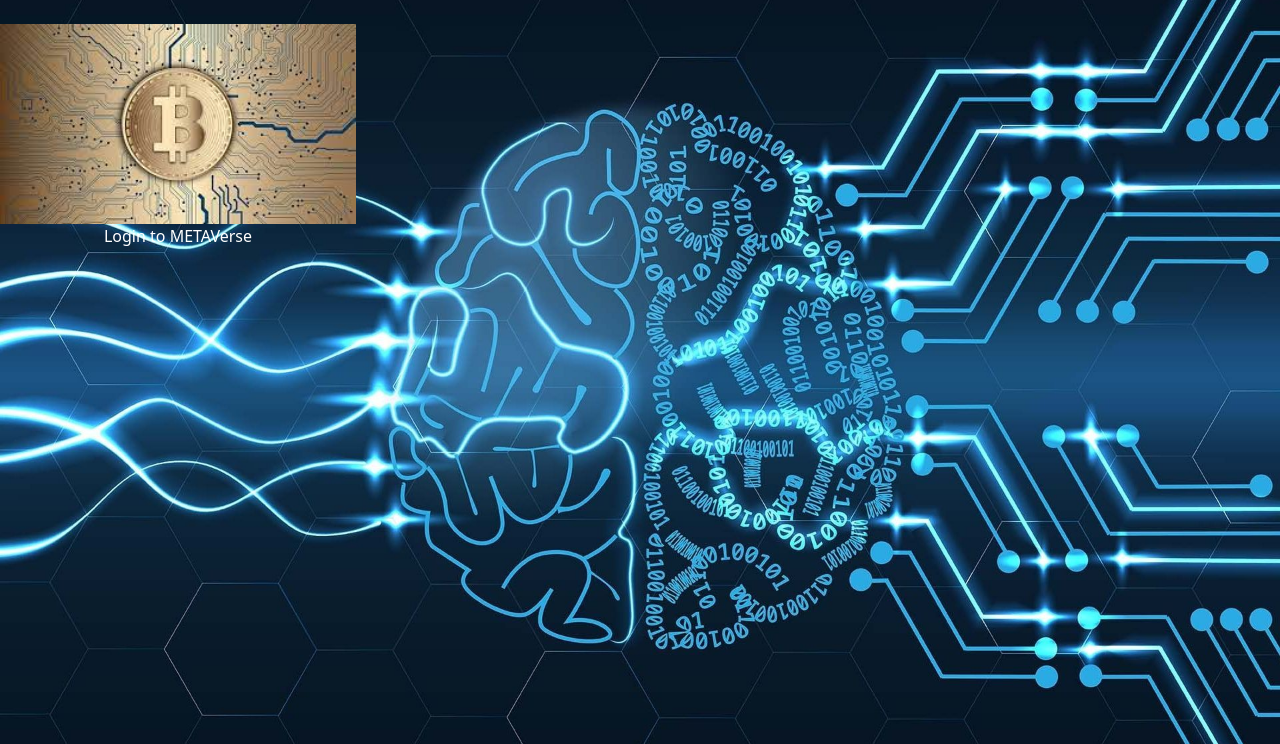
Repository: exiled-kal/messagAPPTOkenized
Page: /
These files come from the project's save history. The page is drawn as it stood at one moment and after a run of saves; the edit follows.
The browser window is 1280 px wide. The pictures show the whole page.
The project was rebuilt for these pictures with package versions that can differ from the ones it lists, and the page was loaded fresh each time. The framework's server and built-in components were replaced by stand-ins that run in the browser. Also part of the build but not shown: next.config.js.

Above is the page before, as saved 2021-12-17 21:57:35.

### pages/index.js
import Head from "next/head";
import Login from "../components/Login";

export default function Home() {
  const isAuthenticated = false;

  if (!isAuthenticated) return <Login />;

  return (
    <div className="h-screen">
      <Head>
        <title>MetaMessage App</title>
        <link rel="icon" href="/favicon.ico" />
      </Head>

      <h1>Welcome to the App</h1>
    </div>
  );
}

### components/Login.js
import Image from "next/image";
import token from "../images/token.png";
import crypto from "../images/Crypto.png";

function Login() {
  return (
    <div className="bg-black relative text-white">
      <h1>I am the login screen</h1>
      <div className="flex flex-col absolute z-50 h-4/6 items-cebnter justify">
        <Image src={crypto} alt="" height={200} weight={200} />
        <button>Login to METAVerse</button>
      </div>
      <div className="w-ful h-screen">
        <Image src={token} alt="" layout="fill" objectFit="cover" />
      </div>
    </div>
  );
}

export default Login;

Loaded but not shown: pages/_app.js (common file); styles/globals.css (common file); tailwind.config.js (common file)

After the next 3 saves:
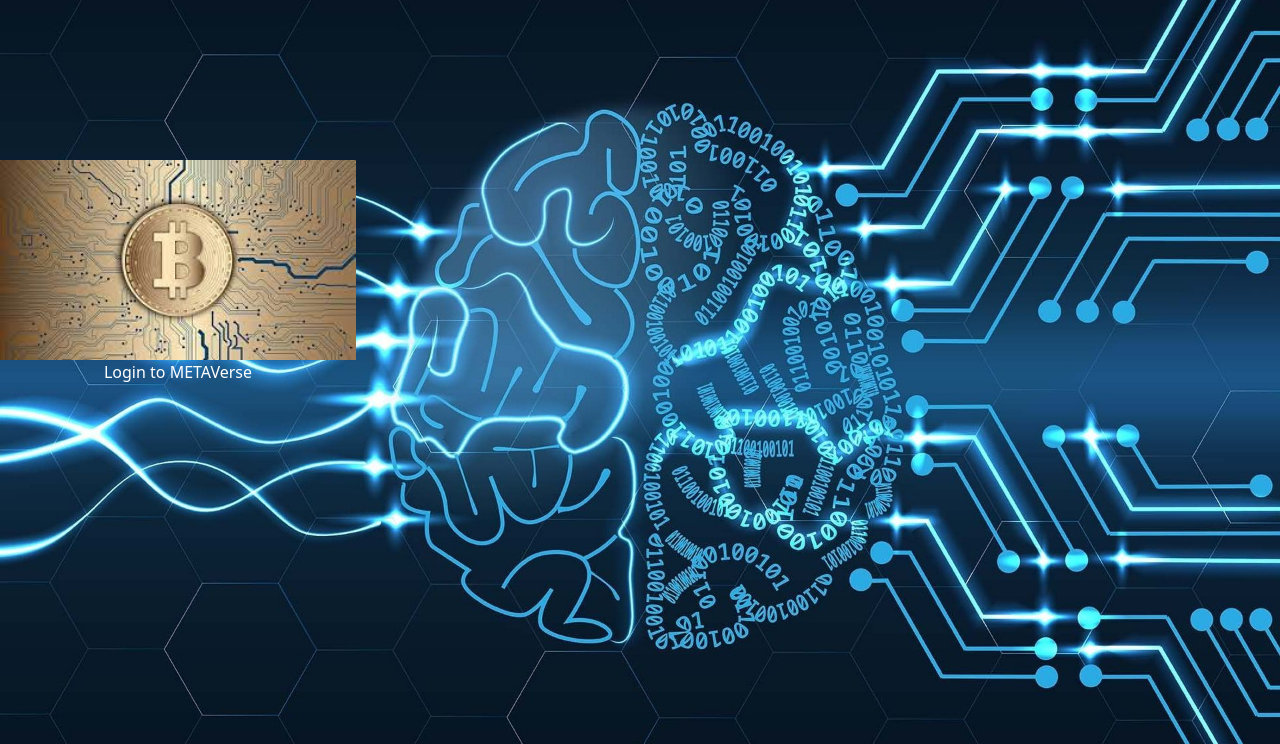
The 3 saves are shown as one change because they came seconds apart.
The last was saved 12 s later.
--- a/components/Login.js
+++ b/components/Login.js
@@ -6,7 +6,7 @@
   return (
     <div className="bg-black relative text-white">
       <h1>I am the login screen</h1>
-      <div className="flex flex-col absolute z-50 h-4/6 items-cebnter justify">
+      <div className="flex flex-col absolute z-50 h-4/6 items-center justify-center">
         <Image src={crypto} alt="" height={200} weight={200} />
         <button>Login to METAVerse</button>
       </div>
